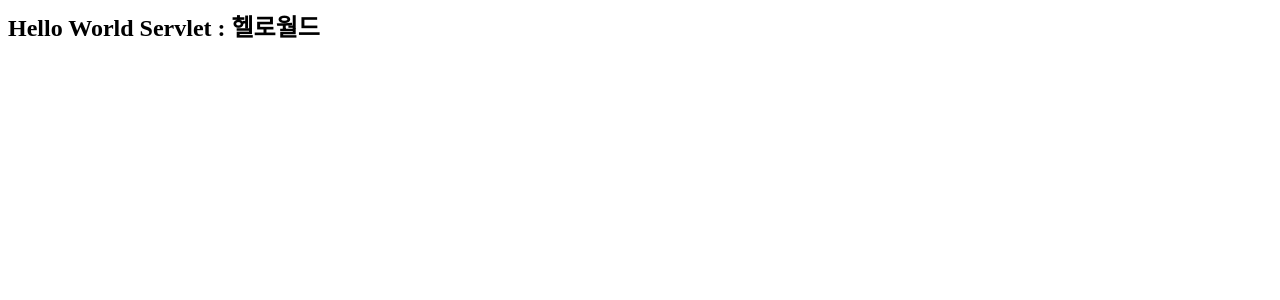
Repository: jiyoung510/JAVA-learning-examples
Page: http://localhost/jspbook/HelloWorldServlet
An editor plug-in stored every save of this project. The page is shown before and after the next save, followed by the edit.
The browser window is 1280 px wide. The pictures show the whole page.
The page is served by Tomcat 9.

Above is the page before, as saved 2022-09-25 02:07:36.

### jspbook/src/ch01/HelloWorldServlet.java
package ch01;

import java.io.IOException;
import java.io.PrintWriter;

import javax.servlet.ServletException;
import javax.servlet.annotation.WebServlet;
import javax.servlet.http.HttpServlet;
import javax.servlet.http.HttpServletRequest;
import javax.servlet.http.HttpServletResponse;

/**
 * Servlet implementation class HelloWorldServlet
 */
@WebServlet("/HelloWorldServlet")
public class HelloWorldServlet extends HttpServlet {
	private static final long serialVersionUID = 1L;

	/**
	 * @see HttpServlet#doGet(HttpServletRequest request, HttpServletResponse response)
	 */
	protected void doGet(HttpServletRequest request, HttpServletResponse response) throws ServletException, IOException {
		response.setContentType("text/html; charset=UTF-8");
		PrintWriter out = response.getWriter();
		out.print("<html>");
		out.print("<head><title>JSP프로그래밍 : 실습환경 구축 확인을 위한 과제</title></head>");
		out.print("<body><h2>Hello World Servlet : 헬로월드</h2></body>");
		out.print("</html>");
		out.close();
	}

	/**
	 * @see HttpServlet#doPost(HttpServletRequest request, HttpServletResponse response)
	 */
	protected void doPost(HttpServletRequest request, HttpServletResponse response) throws ServletException, IOException {
		// TODO Auto-generated method stub
		doGet(request, response);
	}

}

After the next save:
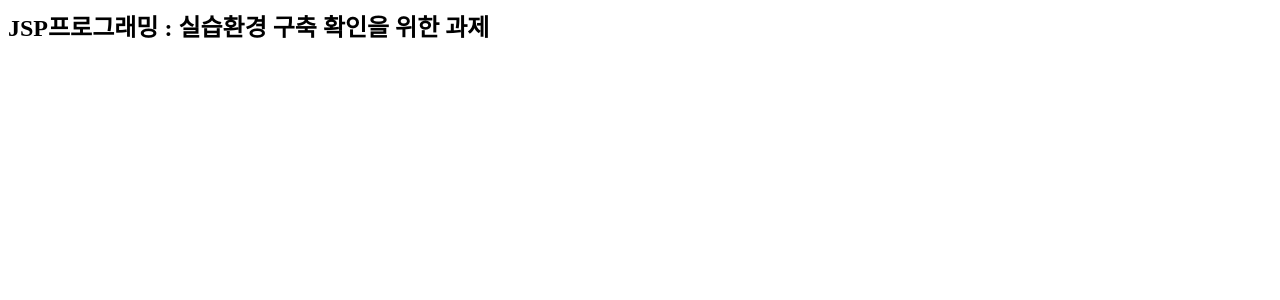
Saved 13 s later.
--- a/jspbook/src/ch01/HelloWorldServlet.java
+++ b/jspbook/src/ch01/HelloWorldServlet.java
@@ -24,7 +24,7 @@ public class HelloWorldServlet extends HttpServlet {
 		PrintWriter out = response.getWriter();
 		out.print("<html>");
 		out.print("<head><title>JSP프로그래밍 : 실습환경 구축 확인을 위한 과제</title></head>");
-		out.print("<body><h2>Hello World Servlet : 헬로월드</h2></body>");
+		out.print("<body><h2>JSP프로그래밍 : 실습환경 구축 확인을 위한 과제</h2></body>");
 		out.print("</html>");
 		out.close();
 	}
